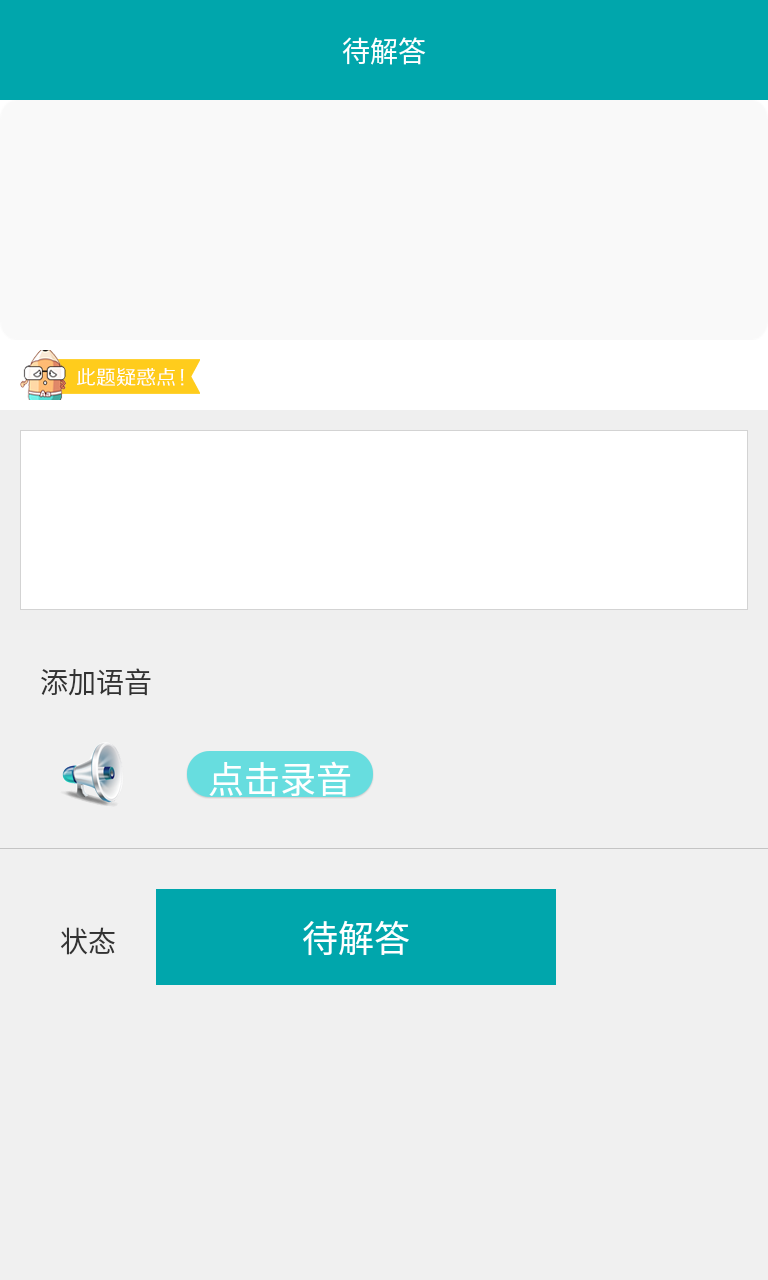
Repository: 2015-Forever/JWD
Layout: Jwd/res/layout/activity_un_answer.xml
These files come from the project's save history. The layout is drawn as it stood at one moment and after the next save; the edit follows.
It is drawn on a 768 x 1280 px phone screen (xhdpi) without system bars, with theme AppTheme; the app's code is not run.

Above is the layout before, as saved 2015-07-16 05:57:23.

### Jwd/res/layout/activity_un_answer.xml
<?xml version="1.0" encoding="utf-8"?>
<LinearLayout xmlns:android="http://schemas.android.com/apk/res/android"
    android:layout_width="match_parent"
    android:layout_height="match_parent"
    android:orientation="vertical" >

    <LinearLayout
        android:layout_width="match_parent"
        android:layout_height="50dp"
        android:background="#00a6ac"
        android:gravity="center" >

        <TextView
            android:layout_width="wrap_content"
            android:layout_height="wrap_content"
            android:text="待解答"
            android:textColor="#ffffff" />
    </LinearLayout>

    <ImageView
        android:layout_width="match_parent"
        android:layout_height="120dp"
        android:background="@drawable/topic_picture" />

    <LinearLayout
        android:layout_width="match_parent"
        android:layout_height="35dp"
        android:background="#FFFFFF"
        android:gravity="center_vertical" >

        <ImageView
            android:layout_width="90dp"
            android:layout_height="25dp"
            android:layout_marginLeft="10dp"
            android:background="@drawable/navigation_icon_two" />
    </LinearLayout>

    <LinearLayout
        android:layout_width="match_parent"
        android:layout_height="110dp"
        android:background="#EFEFEF"
        android:gravity="center_vertical"
        android:padding="10dp" >

        <EditText
            android:layout_width="fill_parent"
            android:layout_height="match_parent"
            android:background="@drawable/edittext_bg"
            android:enabled="true"
            android:gravity="top"
            android:inputType="textMultiLine"
            android:lineSpacingExtra="5dp"
            android:paddingLeft="10dp"
            android:paddingTop="5dp"
            android:scrollbars="vertical" >
        </EditText>
    </LinearLayout>

    <LinearLayout
        android:layout_width="match_parent"
        android:layout_height="0dp"
        android:layout_weight="1"
        android:background="#f0f0f0"
        android:orientation="vertical" >

        <TextView
            android:layout_width="wrap_content"
            android:layout_height="wrap_content"
            android:layout_marginLeft="20dp"
            android:layout_marginTop="15dp"
            android:text="添加语音" />

        <LinearLayout
            android:layout_width="match_parent"
            android:layout_height="wrap_content"
            android:layout_marginTop="20dp"
            android:gravity="center_vertical"
            android:orientation="horizontal" >

            <ImageView
                android:layout_width="wrap_content"
                android:layout_height="wrap_content"
                android:layout_marginLeft="30dp"
                android:layout_marginRight="30dp"
                android:background="@drawable/sound_icon" />

            <Button
                android:layout_width="94dp"
                android:layout_height="24dp"
                android:background="@drawable/click_icon"
                android:text="点击录音"
                android:textColor="#FFFFFF" />
        </LinearLayout>

        <TextView
            android:layout_width="match_parent"
            android:layout_height="0.5dp"
            android:layout_marginTop="20dp"
            android:background="#C4C4C4" />

        <LinearLayout
            android:layout_width="match_parent"
            android:layout_height="0dp"
            android:layout_marginLeft="30dp"
            android:layout_marginRight="30dp"
            android:layout_weight="1"
            android:orientation="horizontal"
            android:paddingTop="20dp" >

            <TextView
                android:layout_width="wrap_content"
                android:layout_height="wrap_content"
                android:text="状态" />

            <Button
                android:layout_width="200dp"
                android:layout_height="wrap_content"
                android:layout_marginLeft="20dp"
                android:background="#00a6ac"
                android:text="待解答"
                android:textColor="#ffffff" />
        </LinearLayout>
    </LinearLayout>

</LinearLayout>

### Jwd/res/drawable/edittext_bg.xml
<?xml version="1.0" encoding="utf-8"?>
<selector xmlns:android="http://schemas.android.com/apk/res/android" >

    <item >
        <shape >
            <solid android:color="#FFFFFF"/>
            <stroke android:width="0.5dip" android:color="#D3D3D3"/>
        </shape>
    </item>

</selector>

Loaded but not shown: Jwd/res/values/styles.xml (common file); Jwd/res/values-v11/styles.xml (common file); Jwd/res/values-v14/styles.xml (common file)

After the next save:
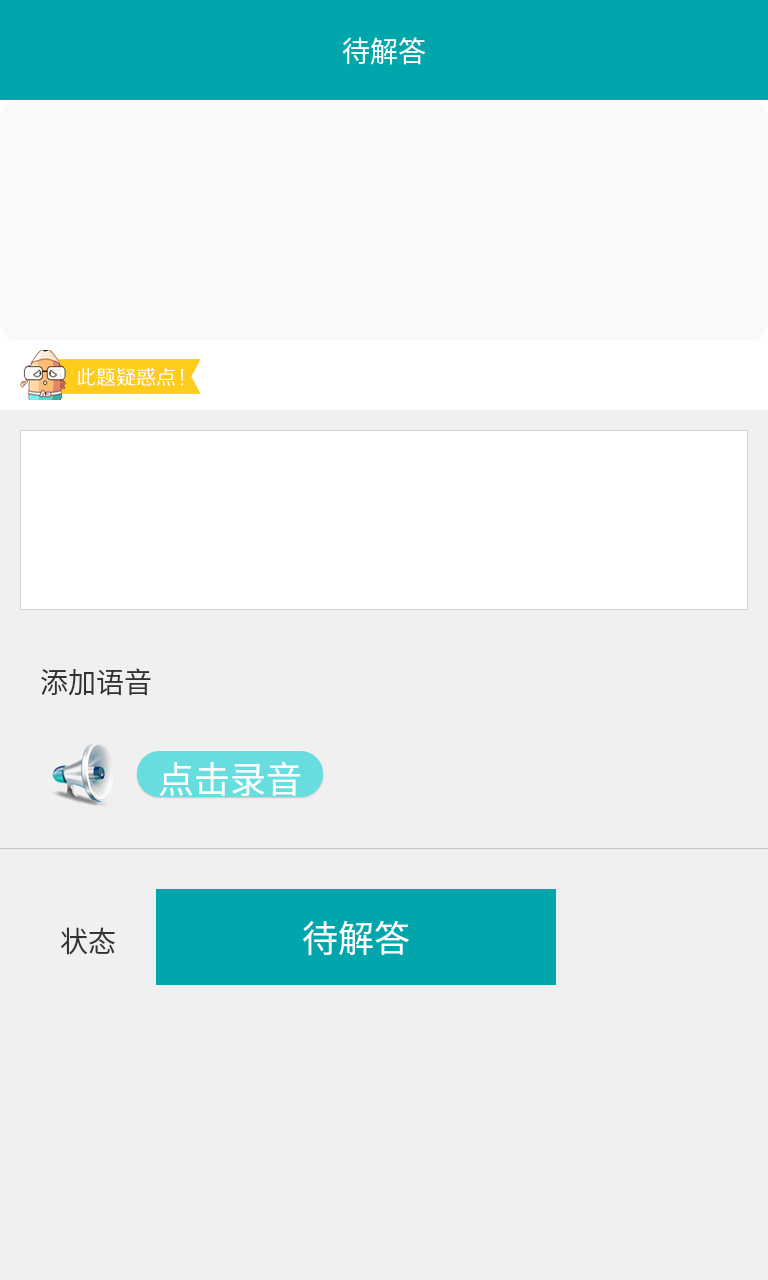
Saved 27 s later.
--- a/Jwd/res/layout/activity_un_answer.xml
+++ b/Jwd/res/layout/activity_un_answer.xml
@@ -80,8 +80,8 @@
             <ImageView
                 android:layout_width="wrap_content"
                 android:layout_height="wrap_content"
-                android:layout_marginLeft="30dp"
-                android:layout_marginRight="30dp"
+                android:layout_marginLeft="25dp"
+                android:layout_marginRight="10dp"
                 android:background="@drawable/sound_icon" />
 
             <Button
